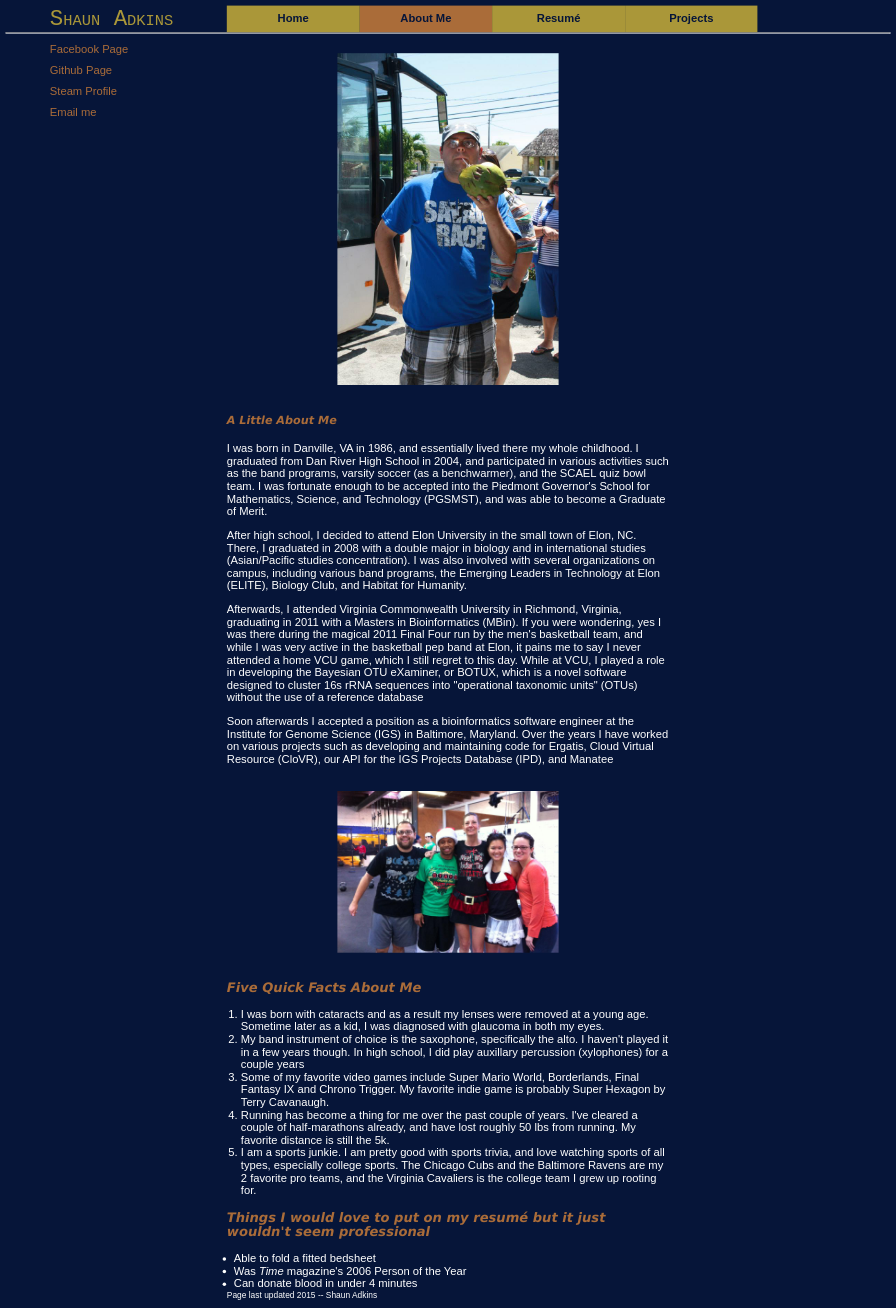
Repository: adkinsrs/sadkins_site
Page: html/about.html
The author's editor kept a record of every edit. The page is drawn from the files as they stood at one moment, then again after the next edit.
The browser window is 1280 px wide. The pictures show the whole page, at 70% of full size.

Above is the page before.

After the next edit:
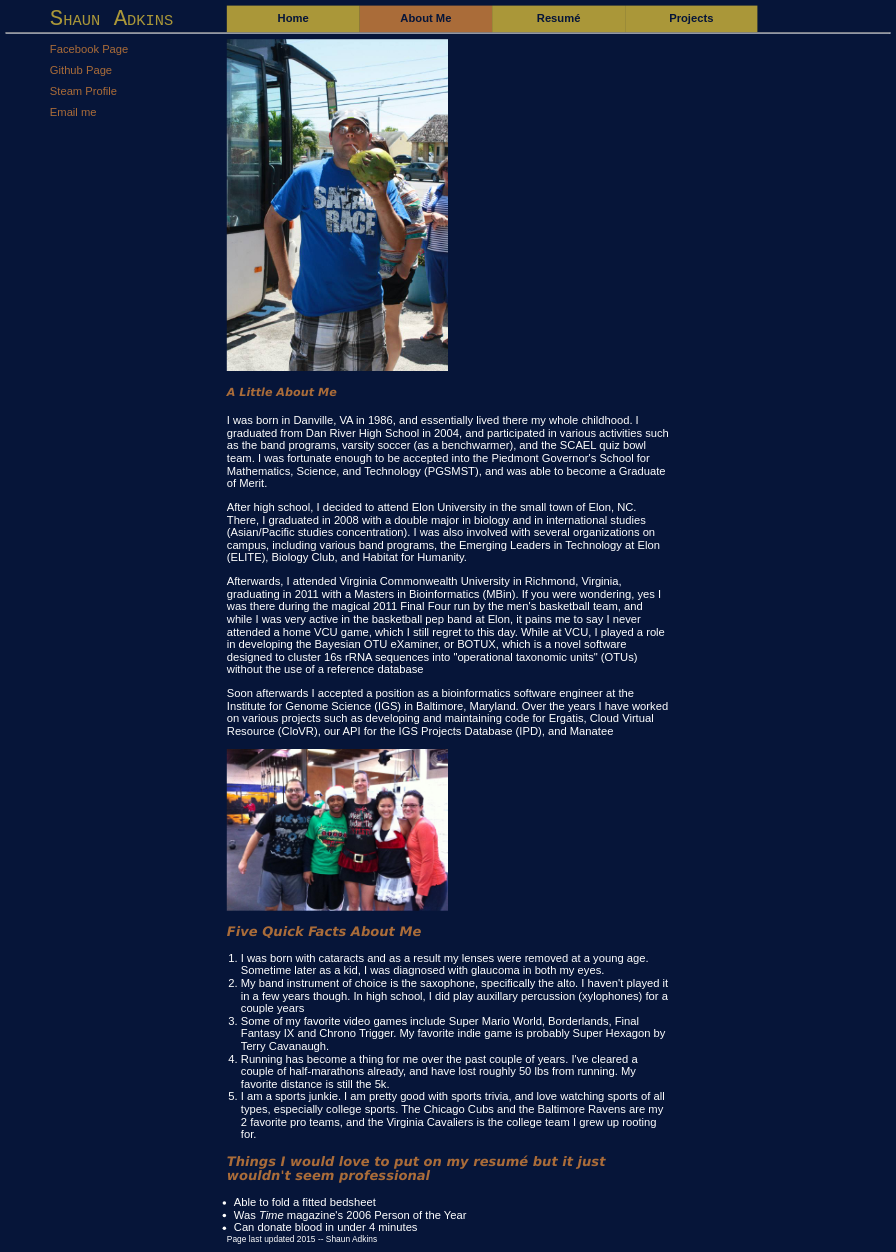
The edit:
--- a/css/main.css
+++ b/css/main.css
@@ -34,12 +34,8 @@
 }
 
 img {
-    margin-left: auto;
-    margin-right: auto;
-    padding: 20px;
     display: block;
     width: 50%;
-
 }
 
 footer {
